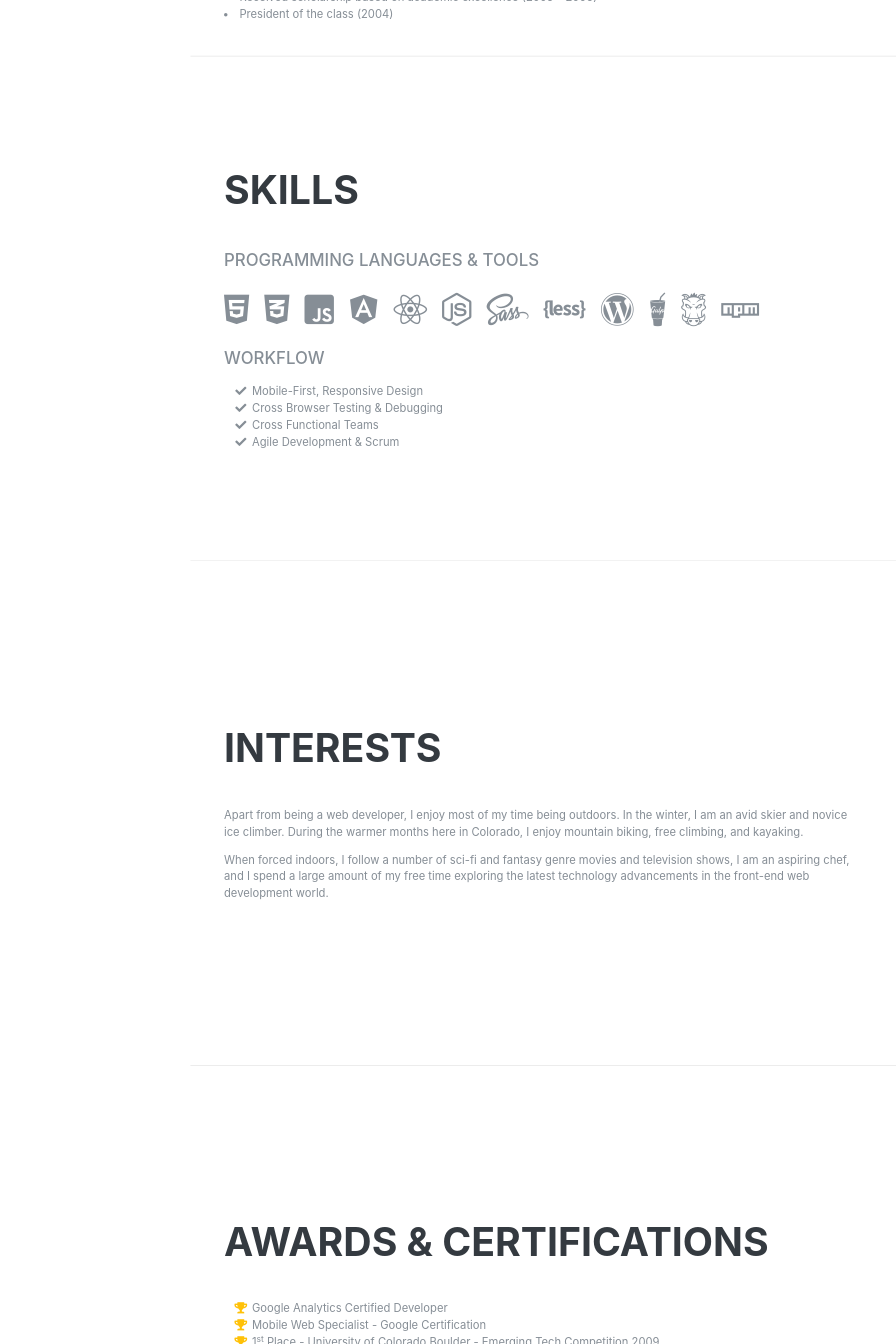
Repository: BeenOH/OHBIN.github.io
Page: index.html
The author's editor kept a record of every edit. The page is drawn from the files as they stood at one moment, then again after the next edit.
The browser window is 1280 px wide. The pictures show the part of the page from y = 3041 to 4961 px (the page is 5284 px tall before and 4563 px after), at 70% of full size.
Some web fonts or font styles are not loaded; a fallback is used.

Above is the page before.

After the next edit:
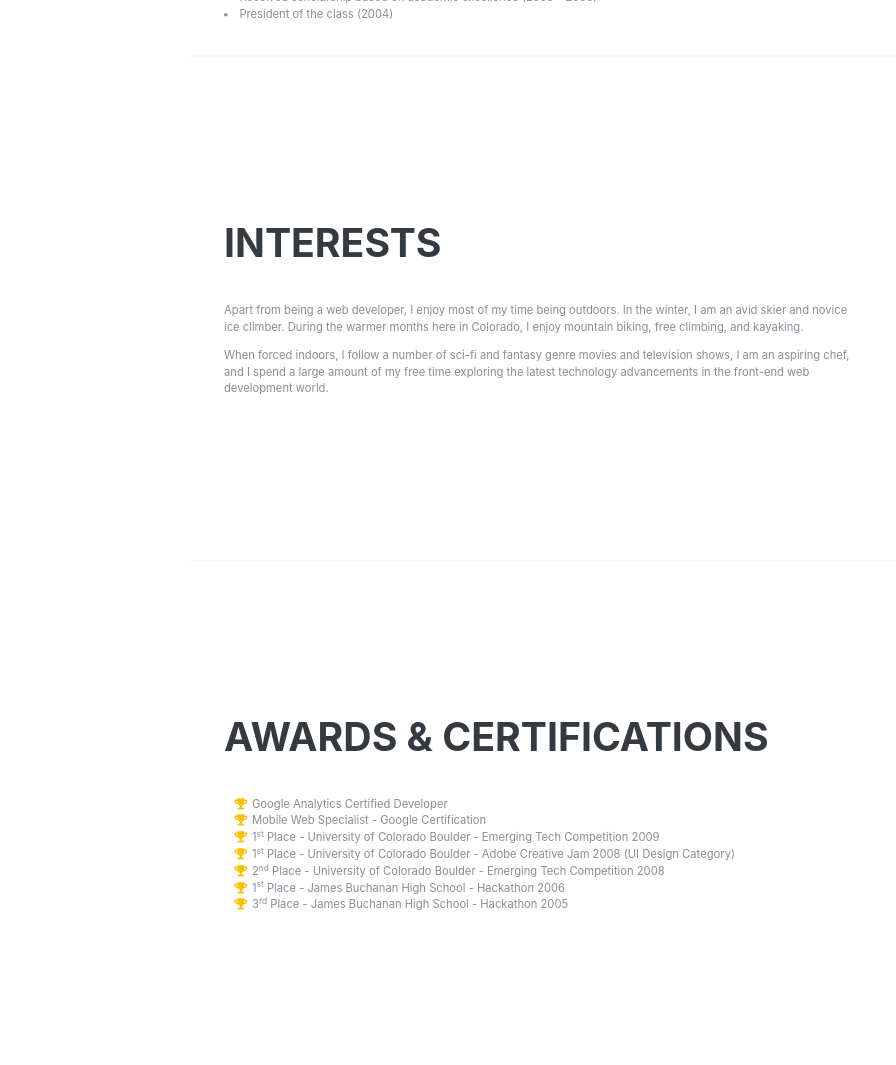
The edit:
--- a/index.html
+++ b/index.html
@@ -188,70 +188,6 @@
 
     <hr class="m-0">
 
-    <section class="resume-section p-3 p-lg-5 d-flex align-items-center" id="skills">
-      <div class="w-100">
-        <h2 class="mb-5">Skills</h2>
-
-        <div class="subheading mb-3">Programming Languages &amp; Tools</div>
-        <ul class="list-inline dev-icons">
-          <li class="list-inline-item">
-            <i class="fab fa-html5"></i>
-          </li>
-          <li class="list-inline-item">
-            <i class="fab fa-css3-alt"></i>
-          </li>
-          <li class="list-inline-item">
-            <i class="fab fa-js-square"></i>
-          </li>
-          <li class="list-inline-item">
-            <i class="fab fa-angular"></i>
-          </li>
-          <li class="list-inline-item">
-            <i class="fab fa-react"></i>
-          </li>
-          <li class="list-inline-item">
-            <i class="fab fa-node-js"></i>
-          </li>
-          <li class="list-inline-item">
-            <i class="fab fa-sass"></i>
-          </li>
-          <li class="list-inline-item">
-            <i class="fab fa-less"></i>
-          </li>
-          <li class="list-inline-item">
-            <i class="fab fa-wordpress"></i>
-          </li>
-          <li class="list-inline-item">
-            <i class="fab fa-gulp"></i>
-          </li>
-          <li class="list-inline-item">
-            <i class="fab fa-grunt"></i>
-          </li>
-          <li class="list-inline-item">
-            <i class="fab fa-npm"></i>
-          </li>
-        </ul>
-
-        <div class="subheading mb-3">Workflow</div>
-        <ul class="fa-ul mb-0">
-          <li>
-            <i class="fa-li fa fa-check"></i>
-            Mobile-First, Responsive Design</li>
-          <li>
-            <i class="fa-li fa fa-check"></i>
-            Cross Browser Testing &amp; Debugging</li>
-          <li>
-            <i class="fa-li fa fa-check"></i>
-            Cross Functional Teams</li>
-          <li>
-            <i class="fa-li fa fa-check"></i>
-            Agile Development &amp; Scrum</li>
-        </ul>
-      </div>
-    </section>
-
-    <hr class="m-0">
-
     <section class="resume-section p-3 p-lg-5 d-flex align-items-center" id="interests">
       <div class="w-100">
         <h2 class="mb-5">Interests</h2>
